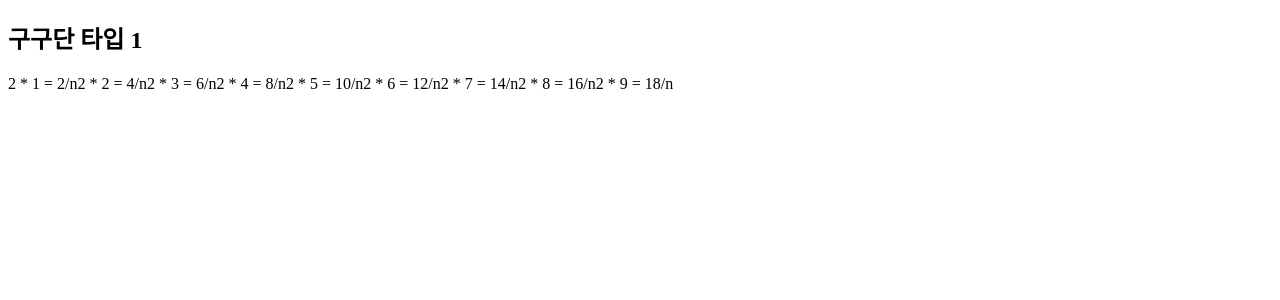
Repository: Byeonghee-son/DB-Servlet
Page: http://localhost/ServletStudy/gugudan1.jsp
An editor plug-in stored every save of this project. The page is shown before and after the next save, followed by the edit.
The browser window is 1280 px wide. The pictures show the whole page.
The page is served by Tomcat 9. Other server files are loaded and not shown.

Above is the page before, as saved 2023-05-17 00:39:28.

### ServletStudy/src/main/webapp/gugudan1.jsp
<%@ page language="java" contentType="text/html; charset=UTF-8"
    pageEncoding="UTF-8"%>
<%
    String type = request.getParameter("type");
    String snum = request.getParameter("num");

    if(type == null) type = "list";
    else{
    	if(!type.equals("table")) type = "list";
    }

    int num = 2;
    if(snum != null) num = Integer.parseInt(snum);
    if (num == 0) num = 2;
%>
    <!DOCTYPE html>
<html>
<head>
<meta charset="UTF-8">
<title>Gugudan Type1 (JSP)</title>
</head>
<body>
	<h2>구구단 타입 1</h2>
	<%
	for(int i = 1; i < 10; i++){
	System.out.println(num + " * " + i + " = " + num * i);
	out.print(num + " * " + i + " = " + num * i);
	out.print("/n");
	}
	%>
</body>
</html>

After the next save:
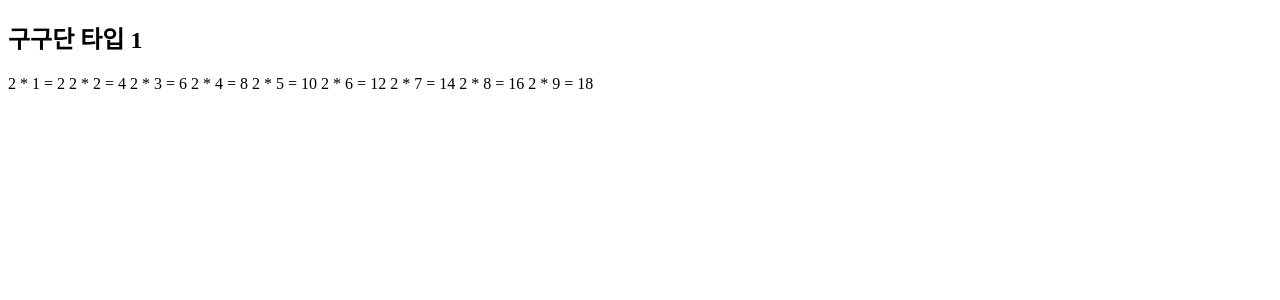
Saved 11 s later.
--- a/ServletStudy/src/main/webapp/gugudan1.jsp
+++ b/ServletStudy/src/main/webapp/gugudan1.jsp
@@ -25,7 +25,7 @@
 	for(int i = 1; i < 10; i++){
 	System.out.println(num + " * " + i + " = " + num * i);
 	out.print(num + " * " + i + " = " + num * i);
-	out.print("/n");
+	out.print("\n");
 	}
 	%>
 </body>
